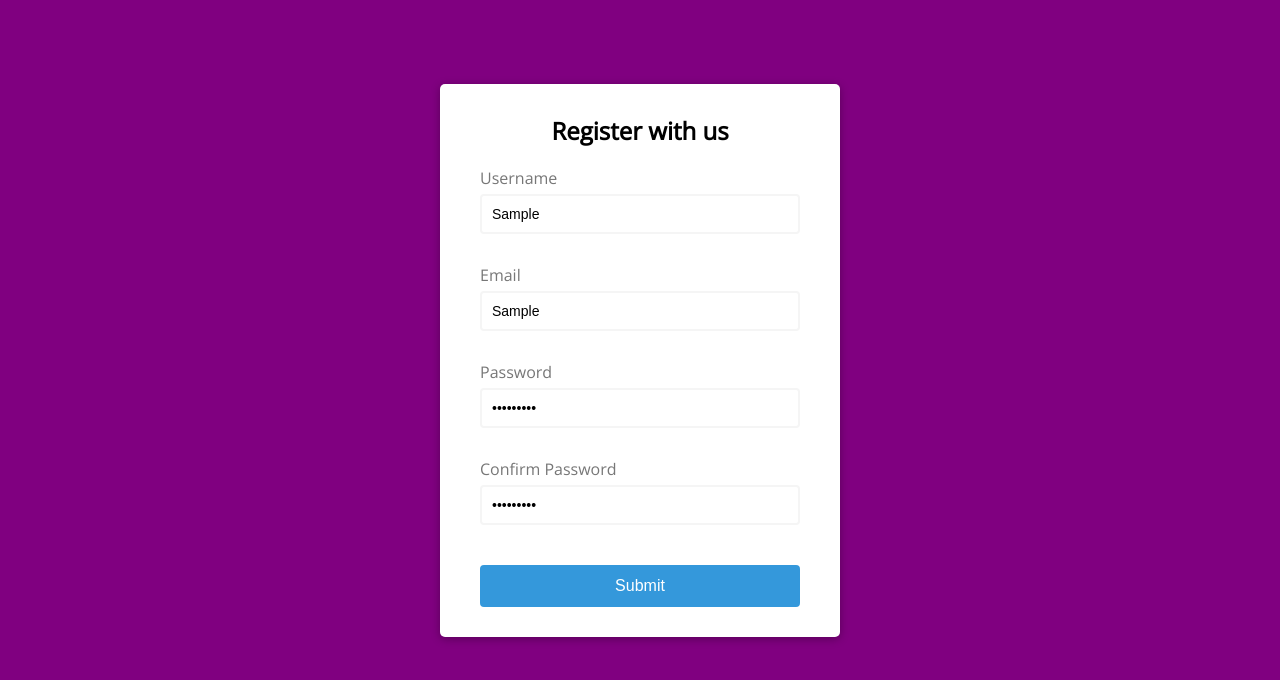
Repository: Azariagmt/Vanilla-javascript
Page: Form-Validator/index.html
These files come from the project's save history. The page is drawn as it stood at one moment and after a run of saves; the edit follows.
The browser window is 1280 px wide. The pictures show the whole page.
Empty fields were first filled with sample values (such as "Sample", 5 or name@example.com).
After loading, the first visible `#form` was submitted once.

Above is the page before, as saved 2020-04-21 12:32:02.

After the next 3 saves:
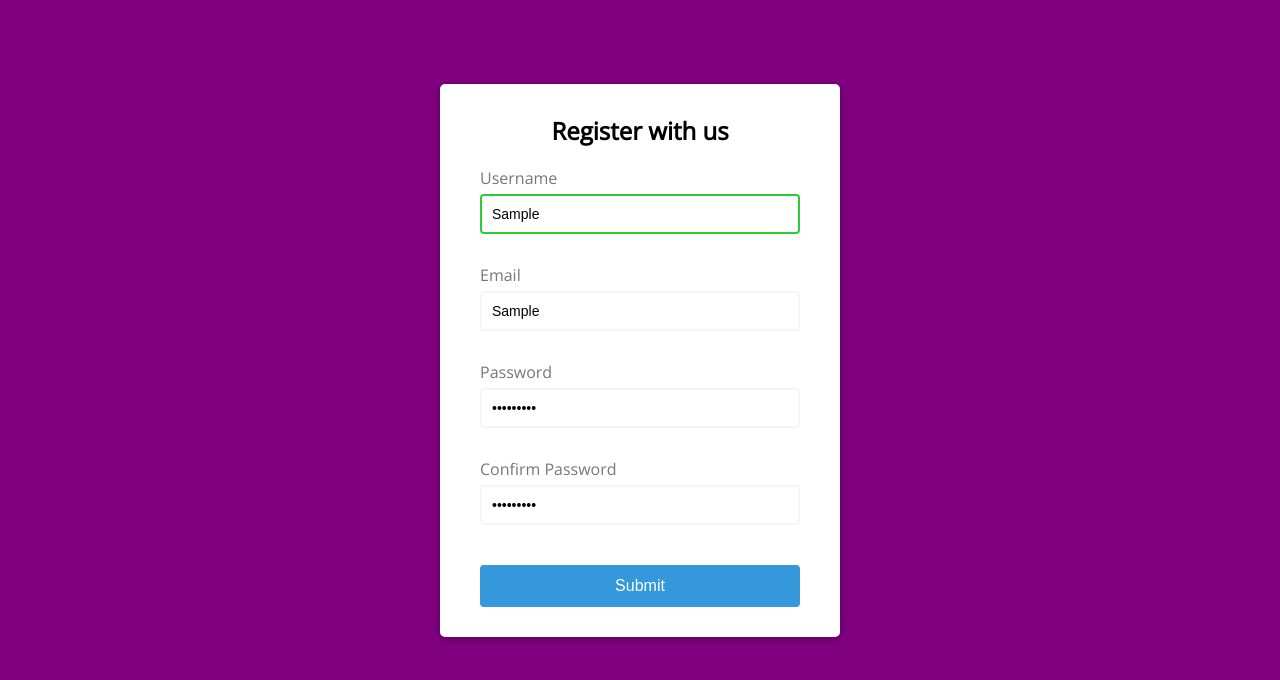
Console error: ReferenceError: con is not defined
The 3 saves are shown as one change because they came seconds apart.
The last was saved 17 s later.
--- a/Form-Validator/script.js
+++ b/Form-Validator/script.js
@@ -15,7 +15,8 @@ function showError(input, message){
 //show success message
 function showSuccess(input, message){
     const formControl = input.parentElement;
-    form
+    formControl.className = 'form-control success';
+    con
 }
 form.addEventListener('submit', function(e){
     e.preventDefault();
